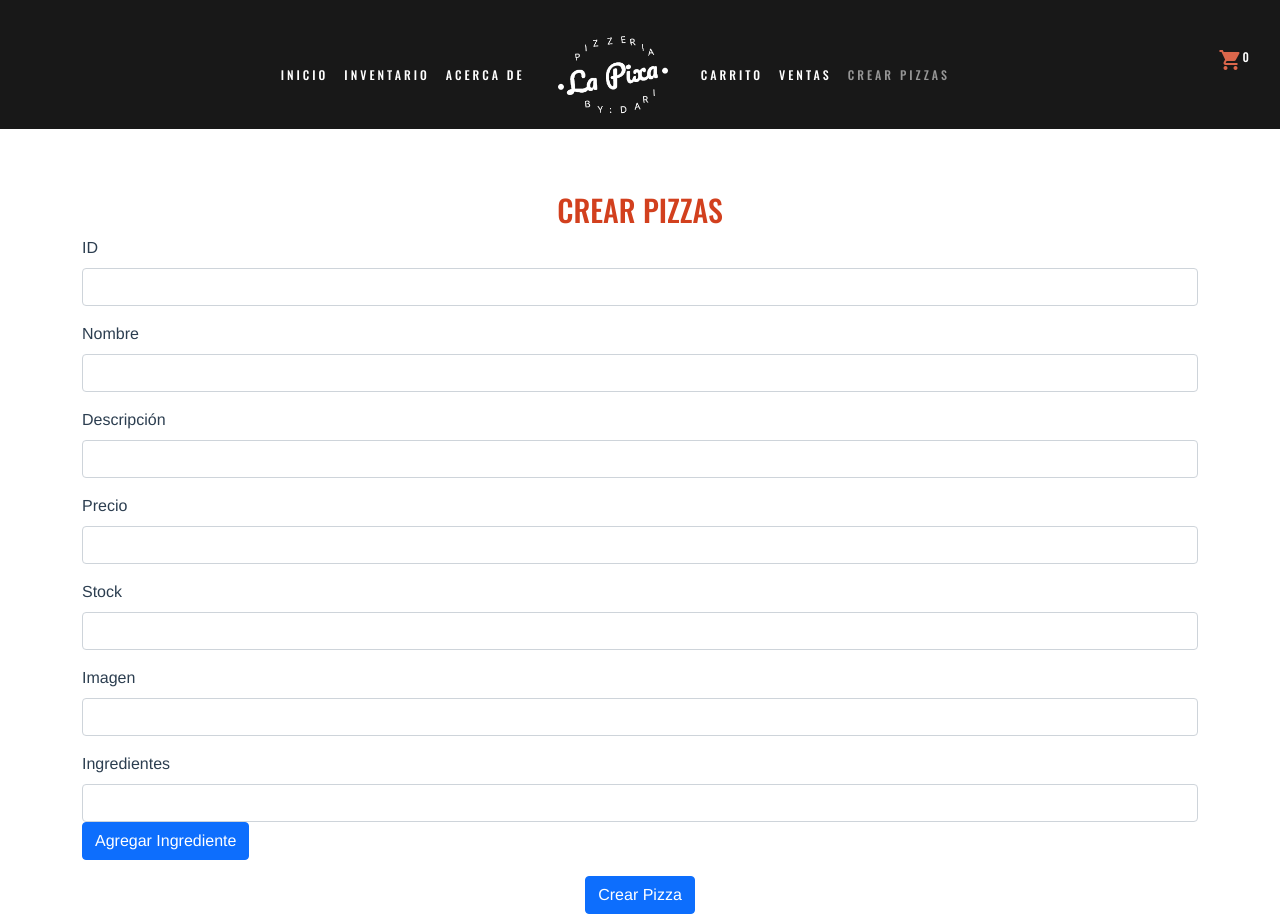
Repository: Darigo30/prueba-vue-dari-pizza
Page: /crearPizzas
An editor plug-in stored every save of this project. The page is shown before and after the next save, followed by the edit.
The browser window is 1280 px wide. The pictures show the whole page.
The project was rebuilt for these pictures with package versions that can differ from the ones it lists, and the page was loaded fresh each time. Also part of the build but not shown: src/views/Home.vue.

Above is the page before, as saved 2021-05-23 22:41:49.

### public/index.html
<!DOCTYPE html>
<html lang="">
  <head>
    <meta charset="utf-8">
    <meta http-equiv="X-UA-Compatible" content="IE=edge">
    <meta name="viewport" content="width=device-width,initial-scale=1.0">
    <link rel="icon" href="<%= BASE_URL %>favicon.ico">
    <link href="https://cdn.jsdelivr.net/npm/bootstrap@5.0.0/dist/css/bootstrap.min.css" rel="stylesheet" integrity="sha384-wEmeIV1mKuiNpC+IOBjI7aAzPcEZeedi5yW5f2yOq55WWLwNGmvvx4Um1vskeMj0" crossorigin="anonymous">
    <link href="https://fonts.googleapis.com/icon?family=Material+Icons"
      rel="stylesheet">
      <link rel="preconnect" href="https://fonts.gstatic.com">
      <link href="https://fonts.googleapis.com/css2?family=Oswald:wght@300;500&display=swap" rel="stylesheet">
    <title>Pizzeria La Pixa</title>
  </head>
  <body>
    <noscript>
      <strong>We're sorry but doesn't work properly without JavaScript enabled. Please enable it to continue.</strong>
    </noscript>
    <div id="app"></div>
    <script src="https://cdn.jsdelivr.net/npm/bootstrap@5.0.0/dist/js/bootstrap.bundle.min.js" integrity="sha384-p34f1UUtsS3wqzfto5wAAmdvj+osOnFyQFpp4Ua3gs/ZVWx6oOypYoCJhGGScy+8" crossorigin="anonymous"></script>
    <!-- built files will be auto injected -->
  </body>
</html>

### src/main.js
import Vue from "vue";
import App from "./App.vue";
import router from "./router";
import store from "./store";
import firebase from "firebase";



Vue.config.productionTip = false;


new Vue({
  router,
  store,
  firebase,
  render: (h) => h(App),
}).$mount("#app");

### src/App.vue
<template>
  <div id="app">
    <Nav />
    <router-view />
  </div>
</template>

<script>
import Nav from "@/components/Nav.vue";
import { mapActions } from "vuex";

export default {
  name: "App",
  components: {
    Nav,
  },
  methods: {
    ...mapActions(["getData", "setDataPizzasDb"]),
  },
  created() {
    this.getData();
    this.setDataPizzasDb();
  },
};
</script>

<style lang="scss">
#app {
  font-family: Avenir, Helvetica, Arial, sans-serif;
  -webkit-font-smoothing: antialiased;
  -moz-osx-font-smoothing: grayscale;
  text-align: center;
  color: #2c3e50;
}
</style>

### src/router/index.js
import Vue from "vue";
import VueRouter from "vue-router";
import Home from "../views/Home.vue";

Vue.use(VueRouter);

const routes = [
  {
    path: "/",
    name: "Home",
    component: Home,
  },
  {
    path: "/inventario",
    name: "Inventario",
    component: () =>
      import(/* webpackChunkName: "inventario" */ "../views/Inventario.vue"),
  },
  {
    path: "/ventas",
    name: "Ventas",
    component: () =>
      import(/* webpackChunkName: "ventas" */ "../views/Ventas.vue"),
  },
  {
    path: "/carrito",
    name: "Carrito",
    component: () =>
      import(/* webpackChunkName: "carrito" */ "../views/Carrito.vue"),
  },
  {
    path: "*",
    name: "error404",
    component: () =>
      import(/* webpackChunkName: "error404" */ "../views/error404.vue"),
  },
  {
    path: "/crearPizzas",
    name: "CrearPizzas",
    component: () =>
      import(/* webpackChunkName: "crearPizzas" */ "../views/CrearPizzas.vue"),
  },
  // {
  //   path: "/about",
  //   name: "About",
  // route level code-splitting
  // this generates a separate chunk (about.[hash].js) for this route
  // which is lazy-loaded when the route is visited.
  //   component: () =>
  //     import(/* webpackChunkName: "about" */ "../views/About.vue"),
  // },
];

const router = new VueRouter({
  mode: "history",
  base: process.env.BASE_URL,
  routes,
});

export default router;

### src/store/index.js
import Vue from "vue";
import Vuex from "vuex";
//import axios from "axios";

import { db } from "../../firebase";

Vue.use(Vuex);

export default new Vuex.Store({
  state: {
    productos: [],
    carrito: [],
    ventas: [],
  },
  getters: {
    cantidadCarrito(state) {
      return state.carrito.length;
    },
    productosFiltrados(state) {
      const productos = state.productos.filter((pizza) => pizza.stock > 0);
      return !productos ? [] : productos;
    },
    totalCarrito(state) {
      const carrito = state.carrito;
      if (carrito.length === 0) return 0;
      const suma = carrito.reduce((acc, x) => acc + x.subtotal, 0);
      return suma;
    },
  },
  mutations: {
    cargarData(state, payload) {
      state.productos = payload;
    },
    agregarPizza(state, payload) {
      const agregar = payload.id;
      const cantidad = 1;
      const nombre = payload.nombre;
      const precio = payload.precio;
      const subtotal = precio * cantidad;

      const finder = state.carrito.find((obj) => obj.id === agregar);

      if (!finder) {
        const obj = {
          id: agregar,
          cantidad,
          nombre,
          precio,
          subtotal,
        };
        state.carrito.push(obj);
      } else {
        finder.cantidad = cantidad + finder.cantidad;
        finder.subtotal = finder.cantidad * precio;
      }
    },
    comprar(state) {
      const respuesta = confirm("¿Quieres comprar ahora?");
      if (respuesta) {
        const venta = state.carrito.map((obj) => {
          const obj2 = {
            id: obj.id,
            nombre: obj.nombre,
            precioSubtotal: obj.subtotal,
            cantidadVendida: obj.cantidad,
          };
           return obj2;
        });
        venta.forEach((producto) => {
          const ventarec = producto;
          const finder = state.ventas.find((obj) => obj.id === ventarec.id);

          if (!finder) {
            state.ventas.push(ventarec);
          } else {
            state.ventas = state.ventas.map((vend) => {
              const obj3 = {
                id: vend.id,
                nombre: vend.nombre,
                precioSubtotal: vend.id === ventarec.id ? vend.precioSubtotal + ventarec.precioSubtotal : vend.precioSubtotal,
                cantidadVendida: vend.id === ventarec.id ? vend.cantidadVendida + ventarec.cantidadVendida : vend.cantidadVendida,
              };
               return obj3;
            });
          }

        });
        state.carrito.forEach((el) => {
        state.productos = state.productos.map((resta) => {
            const obj4 = {
              desc: resta.desc,
              id: resta.id,
              img: resta.img,
              ing: resta.ing,
              name: resta.name,
              price: resta.price,
              stock: el.id === resta.id ? resta.stock - el.cantidad : resta.stock ,
            };
            return obj4;
          })
        });
      state.carrito = [];
      }
    },
    //guardar pizzas de API inicial en colleccion de firebase
    guardarPizzasEnDB(state) {
      console.log(state);
      /*setTimeout(() => {
        try {
          const productos = state.productos;
          console.log(productos);
          productos.forEach(async (producto) => {
            await db.collection("pizzas").add(producto);
          });
        } catch (error) {
          console.log(error);
        }
      }, 2000);*/
    },
    agregarNuevaPizza(state, payload) {
      const existe = state.productos.find((pizza) => pizza.id === payload.id);
      // Si no existe ingresar a la base de datos.
      if (!existe) state.productos.push(payload);
    },
  },
  actions: {
    async getData({ commit }) {
      // const url =
      //   "https://us-central1-apis-varias-mias.cloudfunctions.net/pizzeria";
      try {
        // const req = await axios(url);
        // const pizzas = req.data;
        // const pizzasStock = pizzas.map((obj) => {
        //   obj.stock = 10;
        //   return obj;
        // });
        const pizzasStock = [];
        const fire = await db.collection("pizzas");
        fire.get()
        .then((querySnapshot) => {
            querySnapshot.forEach((doc) => {
                pizzasStock.push(doc.data());
                console.log(doc.id, " => ", doc.data());
            });
        })
        commit("cargarData", pizzasStock);
      } catch (error) {
        console.log(error);
      }
    },
    async setDataPizzasDb({ commit }){
      commit("guardarPizzasEnDB");
    },
    async crearNuevaPizza({ commit, state }, payload) {
      const pizza = payload;
      if (!pizza) return;

      //Validar si existe una pizza con el mismo ID

      const verificarId = state.productos.filter(pizza =>  pizza.id === payload.id);
      if(verificarId.length !== 0){
        alert("ya existe un ID con ese producto", verificarId);
        console.log(verificarId);
        return;
      }


      // Actualizar el state
      commit("agregarNuevaPizza", pizza);
      // Actualizar Firebase
      // Preguntar si el ID existe en Firebase: (TAREA)
      // try {
      //   const req = await db.collection("pizza").get();
      //   req.docs.forEach(obj => {
      //     const pizzaFirebase = obj.data();
      //     const idFirebase = pizzaFirebase.id;

      //     // Tiene un problema: ¿Cuál es? (Tarea)
      //     if (idFirebase === pizza.id) return;
      //     await db.collection("pizzas").add(pizza);
      //   })
      // } catch (error) {
      //   console.log(error);
      // }
      await db.collection("pizzas").add(pizza);
    },
    async borrarPizzas({ commit, state }, payload) {
      commit("");

      //Me borra la fila completa

      let borradoFila = state.productos.filter(fila => fila.id != payload );
      state.productos = borradoFila;

      // Borra en Firestore

      let collectionRef = db.collection("pizzas");
      collectionRef.where("id", "==", payload)
      .get()
      .then(querySnapshot => {
        querySnapshot.forEach((doc) => {
          doc.ref.delete().then(() => {
            console.log("el doc fue borrado");
          }).catch(function(error) {
            console.error("ha ocurrido un error al borrar: ", error);
          });
        });
      })
      .catch(function(error) {
        console.log("Error al obtener el documento: ", error);
      });
    }
  },
});

### src/components/Nav.vue
<template>
  <nav class="navbar navbar-expand-lg navbar-dark bg-dark">
    <div class="container-fluid">
      <!-- <a class="navbar-brand" href="#">Navbar</a> -->

      <button
        class="navbar-toggler"
        type="button"
        data-bs-toggle="collapse"
        data-bs-target="#navbarNav"
        aria-controls="navbarNav"
        aria-expanded="false"
        aria-label="Toggle navigation"
      >
        <span class="navbar-toggler-icon"></span>
      </button>

      <div class="collapse navbar-collapse" id="navbarNav">
        <ul class="navbar-nav">
          <li class="nav-item">
            <router-link class="nav-link text-white" to="/">Inicio</router-link>
          </li>
          <li class="nav-item">
            <router-link class="nav-link text-white" to="/inventario"
              >Inventario</router-link
            >
          </li>
          <li class="nav-item">
            <router-link class="nav-link text-white" to="#"
              >Acerca de</router-link
            >
          </li>
           <router-link class="navbar-brand" to="/"><img class="logo-lapizza" src="../assets/logo-pizza.png"></router-link>
          <li class="nav-item">
            <router-link class="nav-link text-white" to="/carrito">Carrito</router-link>
          </li>
          <li class="nav-item">
            <router-link class="nav-link text-white" to="/ventas">Ventas</router-link>
          </li>
          <li class="nav-item">
            <router-link class="nav-link crearpi" to="/crearPizzas">Crear Pizzas</router-link>
          </li>
        </ul>
      </div>
      <div class="carrito-top">
        <div @click="$router.push('/carrito')" class="carrito-icono"></div>
        <p class="nav-item text-white me-3 num-car">{{ cantidadCarrito }}</p>
      </div>


    </div>
  </nav>
</template>

<script>
import { mapGetters } from "vuex";

export default {
  name: "Nav",
  computed: {
    ...mapGetters(["cantidadCarrito"]),
  },
};
</script>

<style lang="scss" scoped>
.carrito-icono {
  width: 24px;
  height: 24px;
  line-height: 24px;
  cursor: pointer;

  &::before {
    content: "shopping_cart";
    font-family: "Material Icons";
    font-size: 1.5rem;
    color: #db664b;
  }
}
nav {
  position: fixed;
  width: 100%;
  z-index: 2;
}
.logo-lapizza{
  width: 100%;
  max-width: 110px;
}
.navbar-expand-lg .navbar-collapse{
  justify-content: center;
  margin: 20px 0 0;
  padding: 0 15px;
}
.navbar-nav{
      flex-direction: row;
    justify-content: center;
    align-content: center;
    align-items: center;
}
.navbar-brand{
  margin: 0 25px;
}
.bg-dark {
    background-color: #181818 !important;
    }
.navbar-expand-lg .navbar-nav .nav-link, .num-car{
  text-transform: uppercase;
  font-size: 12px;
  letter-spacing: 3px;
  font-family: 'Oswald', sans-serif;
  }
.carrito-top{
  display: flex;
}
.crearpi{
      color: #db664b;
}

</style>

### src/views/CrearPizzas.vue
<template>
  <div class="container">
    <div class="row">
      <div class="col-12">
        <h1 class="padd-t">Crear Pizzas</h1>

          <div class="mb-3 text-start">
            <label class="form-label">ID</label>
            <input type="text" class="form-control" v-model="pizza.id" />
          </div>
          <div class="mb-3 text-start">
            <label class="form-label">Nombre</label>
            <input type="text" class="form-control" v-model="pizza.name" />
          </div>
          <div class="mb-3 text-start">
            <label class="form-label">Descripción</label>
            <input type="text" class="form-control" v-model="pizza.desc" />
          </div>
          <div class="mb-3 text-start">
            <label class="form-label">Precio</label>
            <input type="text" class="form-control" v-model="pizza.price" />
          </div>
          <div class="mb-3 text-start">
            <label class="form-label">Stock</label>
            <input type="text" class="form-control" v-model="pizza.stock" />
          </div>
          <div class="mb-3 text-start">
            <label class="form-label">Imagen</label>
            <input type="text" class="form-control" v-model="pizza.img" />
          </div>
          <div class="mb-3 text-start">
            <label class="form-label">Ingredientes</label>
            <input type="text"  v-model="ingrediente" class="form-control" />
            <button @click="agregarIngrediente(ingrediente)" class="btn btn-primary">Agregar Ingrediente</button>
            <div v-if="pizza.ing.length > 0">
                <ul v-for="datos in pizza.ing" :key="datos.ing">
                    {{ datos.name }}
                </ul>
            </div>

          </div>

        <button @click="crearPizza" class="btn btn-primary">Crear Pizza</button>
      </div>
    </div>
  </div>
</template>

<script>
import { mapActions } from "vuex";
export default {
  name: "Crear",
  data() {
    return {
    ingrediente: null,
      pizza: {
        id: "",
        name: "",
        desc: "",
        price: "",
        stock: "",
        img: "",
        ing: [],
      },
    };
  },
  methods: {
    ...mapActions(["crearNuevaPizza"]),
    crearPizza() {
      const pizza = this.pizza;
      if (!pizza.id || !pizza.name || !pizza.desc || !pizza.price || !pizza.stock || !pizza.img || !pizza.ing) return;
      this.crearNuevaPizza(pizza);
    },
    agregarIngrediente(ing){
        this.pizza.ing.push({
            name: ing
        });
    }
  },
};
</script>
<style scoped>
h1{
    font-family: 'Oswald', sans-serif;
    font-size: 30px;
    text-transform: uppercase;
    color: #303030;
    font-weight: 500;
    color: #d2401e;
  }
    .padd-t{
        margin-top: 12rem ;
    }
</style>

### firebase.js
// For Firebase JS SDK v7.20.0 and later, measurementId is optional
import firebase from "firebase";

const firebaseConfig = {
    apiKey: "AIzaSyDtWD7T_jkypJfm0HzDkZ7YDyLFE20edJ0",
    authDomain: "pizzeria-37b52.firebaseapp.com",
    projectId: "pizzeria-37b52",
    storageBucket: "pizzeria-37b52.appspot.com",
    messagingSenderId: "965355399653",
    appId: "1:965355399653:web:ba0bb2b3e531f99c7ce70c",
    measurementId: "G-8N9HY3NJ7J"
  };
  firebase.initializeApp(firebaseConfig);

  const db = firebase.firestore();

  export { firebaseConfig , db }

After the next save:
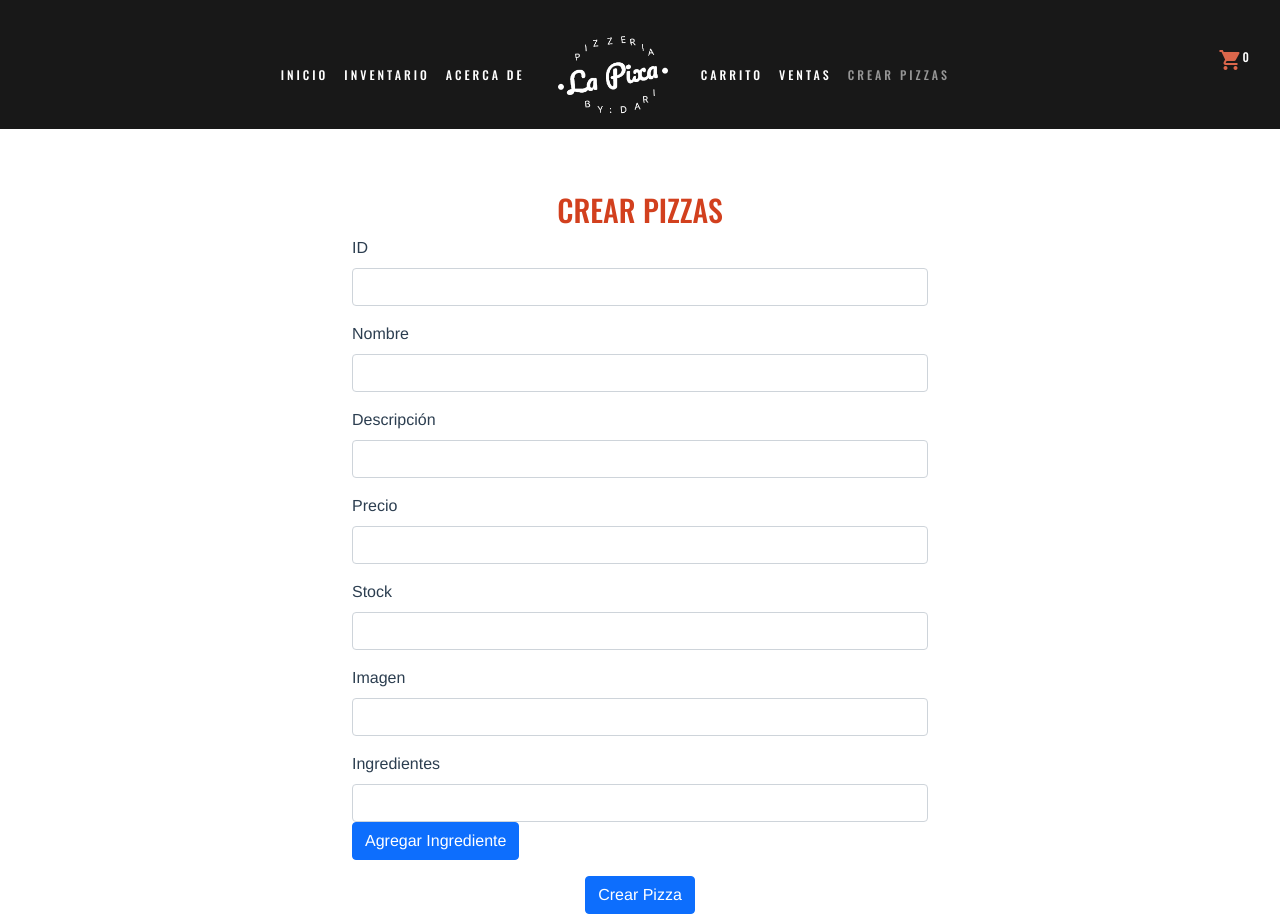
Saved 2 min 5 s later.
--- a/src/views/CrearPizzas.vue
+++ b/src/views/CrearPizzas.vue
@@ -1,6 +1,6 @@
 <template>
   <div class="container">
-    <div class="row">
+    <div class="row cont">
       <div class="col-12">
         <h1 class="padd-t">Crear Pizzas</h1>
 
@@ -91,4 +91,8 @@ h1{
     .padd-t{
         margin-top: 12rem ;
     }
+    .cont{
+        width: 600px;
+        margin: 0 auto;
+    }
 </style>
